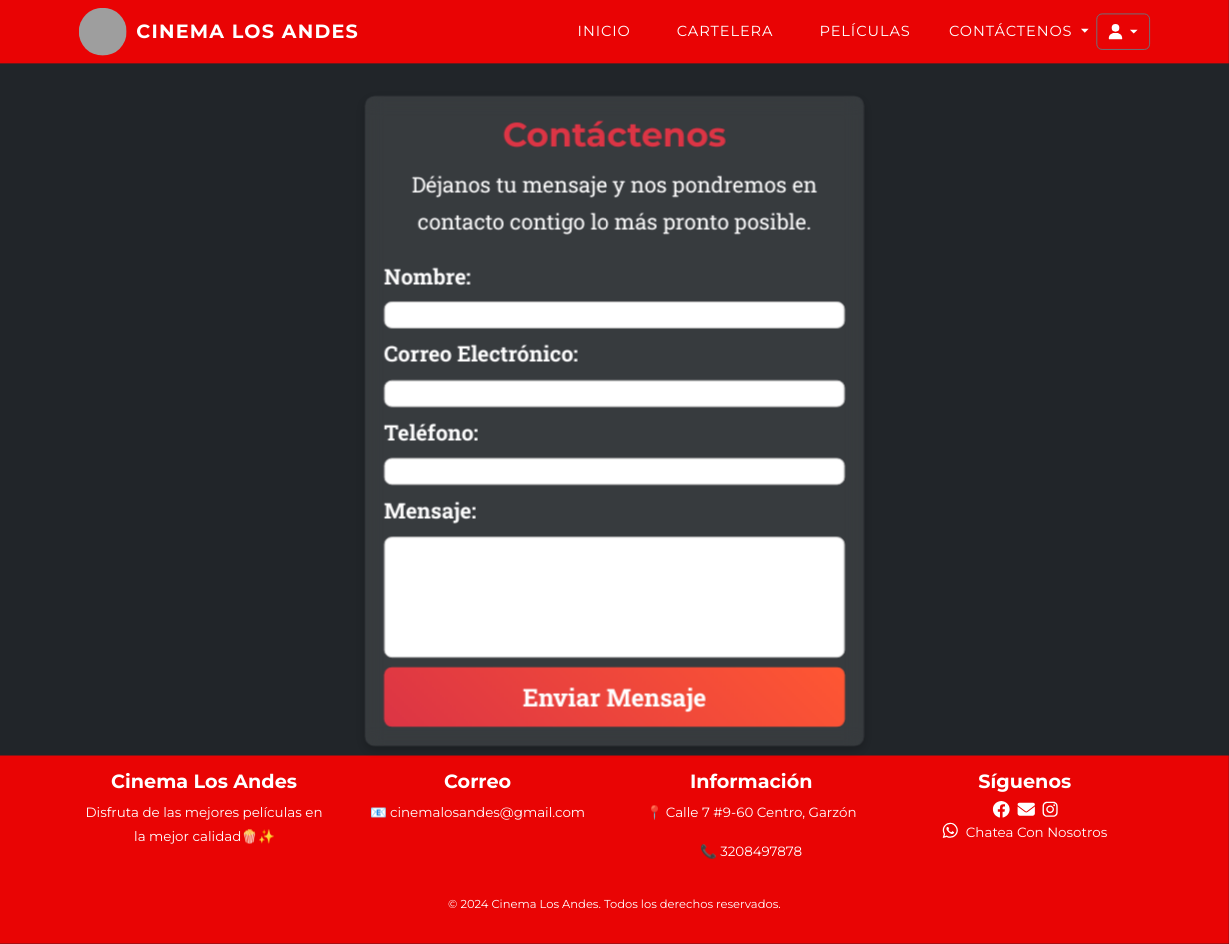
Repository: FelipeADSO/PROYECTO-SENA-FINAL
Page: cinema/templates/contactenos.html
The author's editor kept a copy of each file at every save. The page is drawn from the files as they stood at one save, then again after the next save.
The browser window is 1280 px wide. The pictures show the whole page, at 96% of full size.
Pictures or frames that could not be fetched are drawn as grey boxes. Some web libraries are served in a nearby version. The template is drawn by Django 5.2. The application's start-up code is not run. The template is opened directly, without the code that normally fills it, so the values that code supplies are empty.

Above is the page before, as saved 2025-03-06 07:07:03.

After the next save:
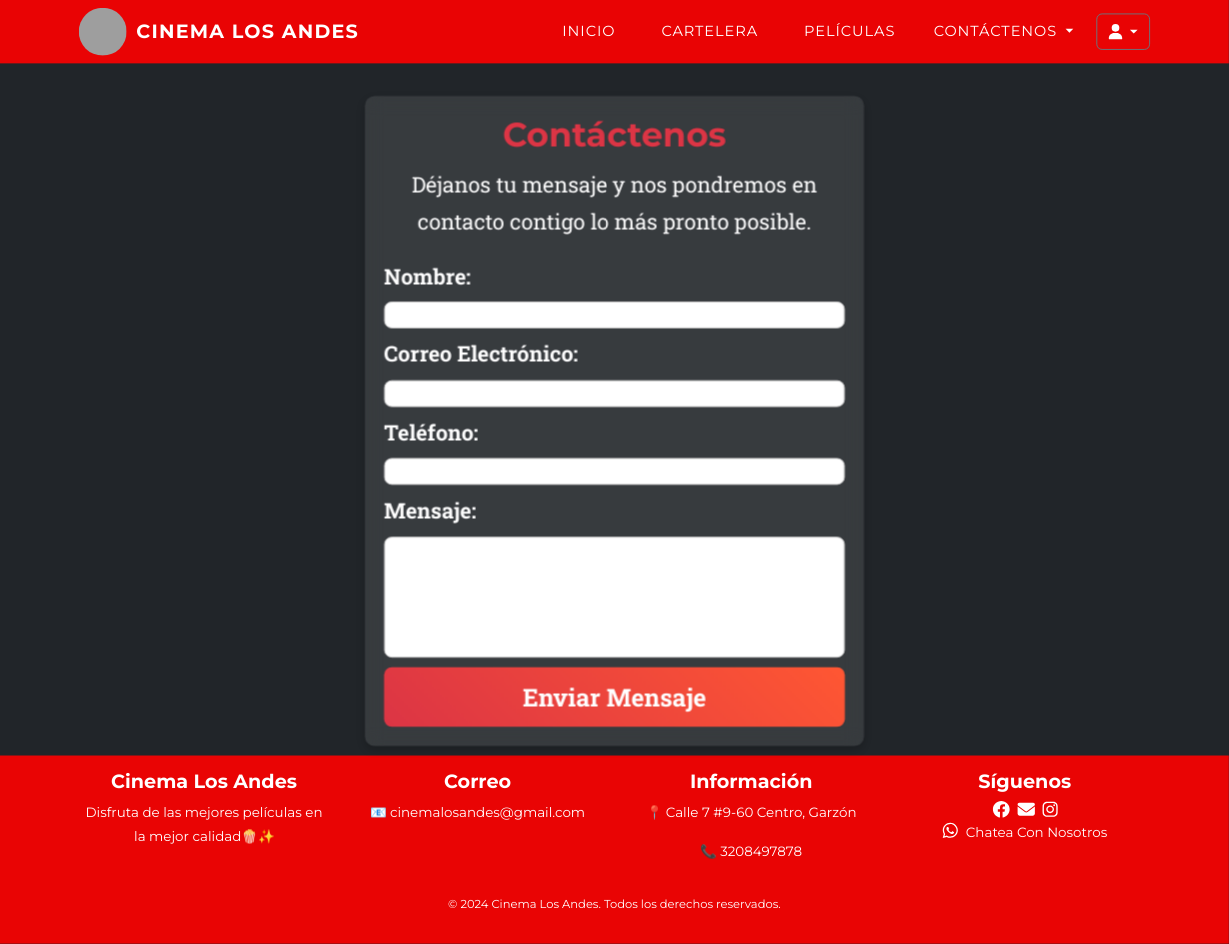
Saved 110 s later.
--- a/cinema/templates/base.html
+++ b/cinema/templates/base.html
@@ -65,7 +65,7 @@
                     </li>
                     {% with total_items=request.user.carritoitem_set.count %}
                     {% if total_items > 0 %}
-                    <li class="nav-item">
+                    <li class="nav-item me-3">
                         <a href="{% url 'ver_carrito' %}" class="nav-link position-relative">
                             <i class="fa-solid fa-cart-shopping"></i>
                             <span class="badge bg-danger position-absolute top-0 start-100 translate-middle">{{ total_items }}</span>
@@ -77,7 +77,7 @@
             </ul>
         </div>
 
-        <div class="dropdown">
+        <div class="dropdown ms-3">
             <a class="btn btn-outline-secondary dropdown-toggle text-white" href="#" role="button" id="userDropdown" data-bs-toggle="dropdown" aria-expanded="false">
                 <i class="fa-solid fa-user"></i>
             </a>
@@ -98,8 +98,6 @@
         </div>
     </div>
 </nav>
-
-
 
 
     <!-- CONTENIDO -->
